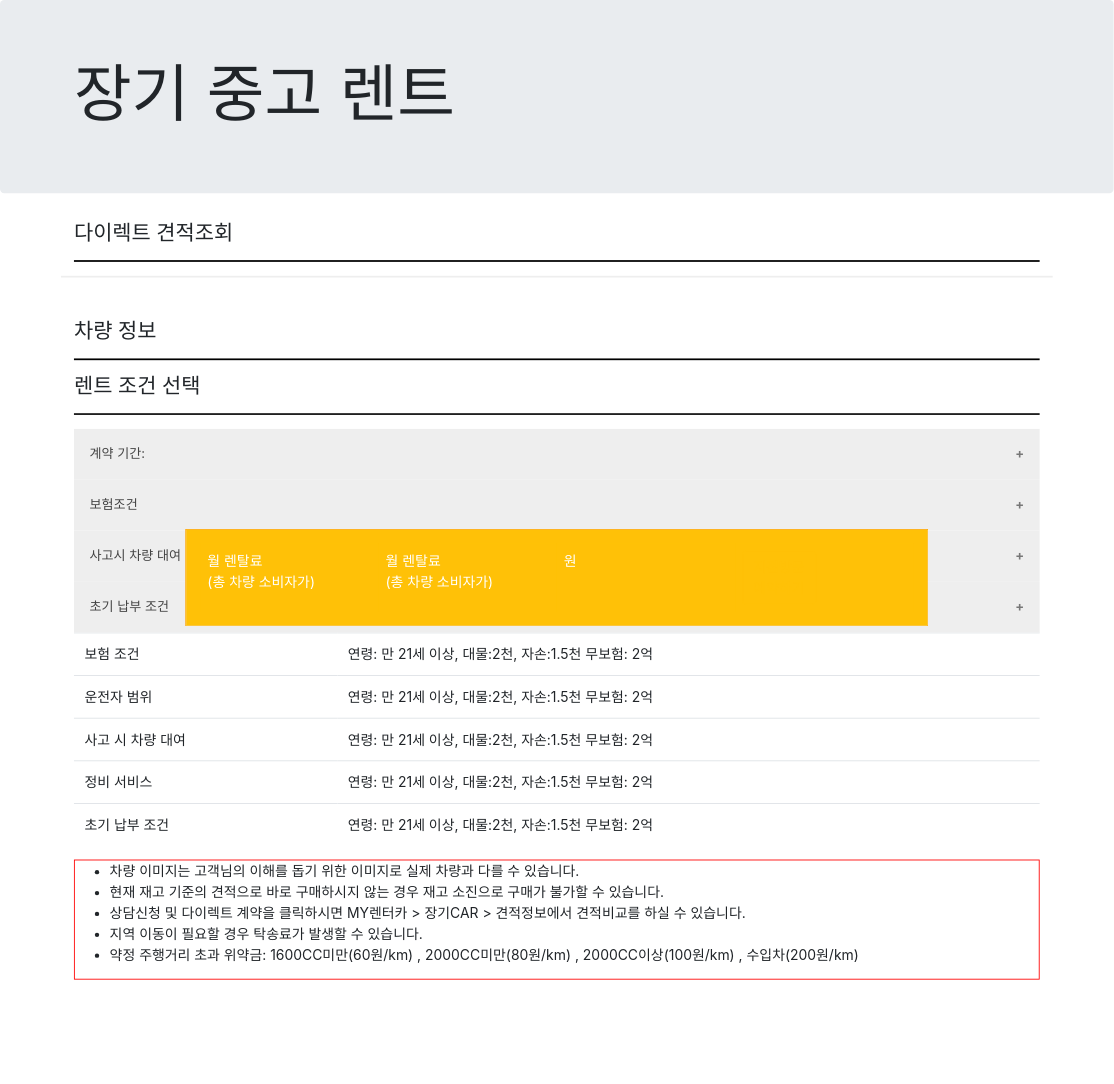
Repository: hyebinkim00/Project
Page: http://localhost/jsp/long_lent_oldcar/carLent.jsp
An editor plug-in stored every save of this project. The page is shown before and after the next save, followed by the edit.
The browser window is 1280 px wide. The pictures show the whole page, at 87% of full size.
The page is served by Tomcat 9. Queries for data that is not in the repository find no rows.

Above is the page before, as saved 2020-09-18 07:25:04.

After the next save:
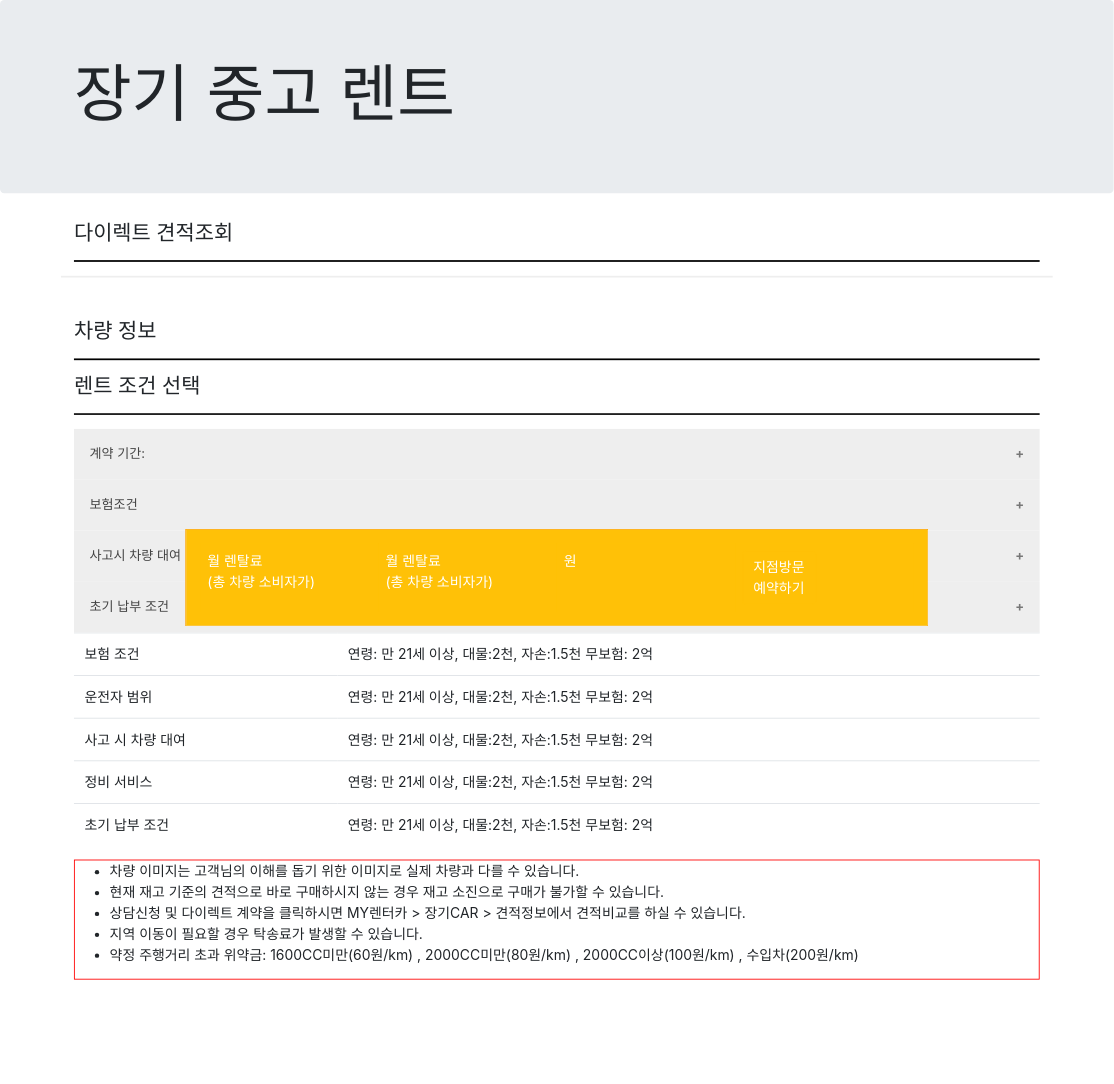
Saved 21 s later.
--- a/jsp/WebContent/long_lent_oldcar/carLent.jsp
+++ b/jsp/WebContent/long_lent_oldcar/carLent.jsp
@@ -324,7 +324,7 @@ function go(){
     <div class="col-sm-3 p-2 bg-warning">월 렌탈료<br> (총 차량 소비자가)</div>
     <div class="col-sm-3 p-2 bg-warning">월 렌탈료<br> (총 차량 소비자가)</div>
     <div class="col-sm-3 p-2 bg-warning"><span id="result4"><c:out value="${car_price}" />원</span><br><c:out value="${prices}" /></div>
-    <div class="col-sm-3 p-2 bg-warning"><button class="btn btn-outline-warning" onclick="go()">지점방문<br>예약하기</button></div>
+    <div class="col-sm-3 p-2 bg-warning"><button class="btn btn-outline-warning text-white" onclick="go()">지점방문<br>예약하기</button></div>
   </div>
 
 
